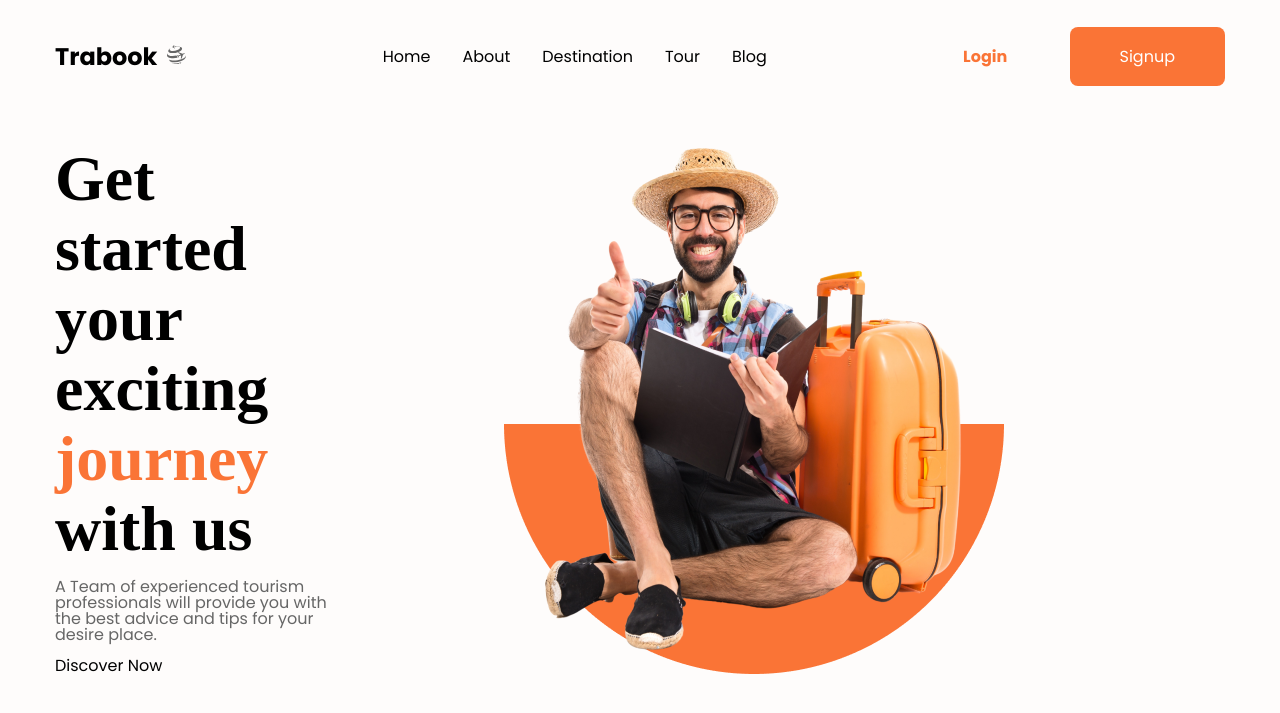
Repository: phobo99/phobo99.github.io
Page: Trabook/index.html
An editor plug-in stored every save of this project. The page is shown before and after the next save, followed by the edit.
The browser window is 1280 px wide. The pictures show the whole page.
Some web libraries are served in a nearby version. The style sheet was rebuilt from its Sass, Less or Tailwind sources for each picture, by a compiler version that may differ from the author's.

Above is the page before, as saved 2022-06-18 22:22:12.

After the next save:
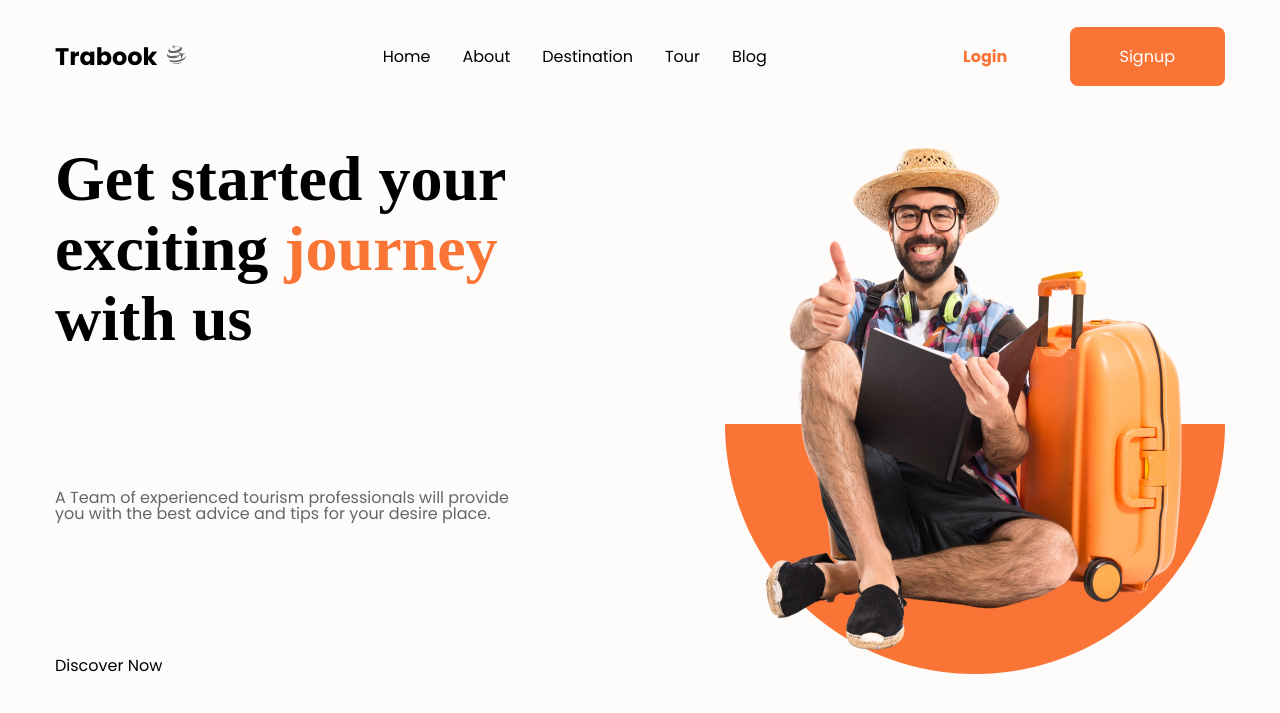
Saved 8 s later.
--- a/Trabook/style.scss
+++ b/Trabook/style.scss
@@ -104,7 +104,6 @@ h1 {
       @include size(100%, 530px);
       @include flexbox(stretch, space-between);
       margin-top: 30px;
-      gap: 150px;
       .content-left {
         @include flexbox(stretch, space-between, column);
         @include size(486px, auto);
@@ -117,7 +116,6 @@ h1 {
         }
       }
       .content-right {
-        @include size(100%);
       }
     }
   }
